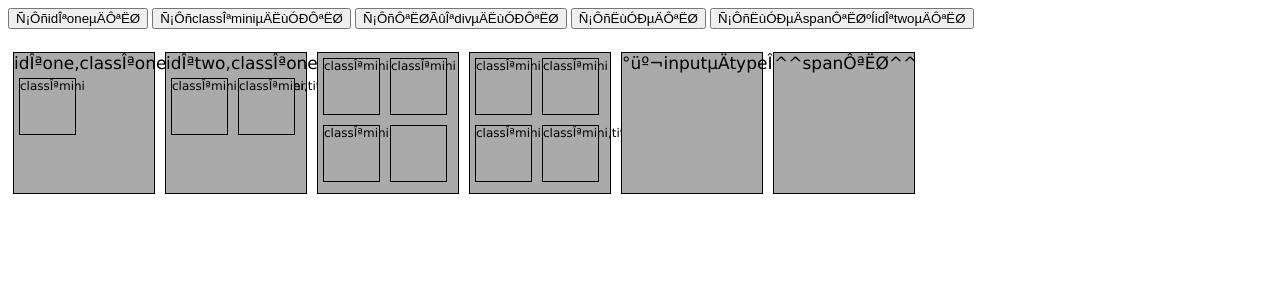
Repository: smilebingbing/java
Page: day_1/WebContent/jquery2.html
These files come from the project's save history. The page is drawn as it stood at one moment and after the next save; the edit follows.
The browser window is 1280 px wide. The pictures show the whole page.

Above is the page before, as saved 2016-10-15 07:10:02.

After the next save:
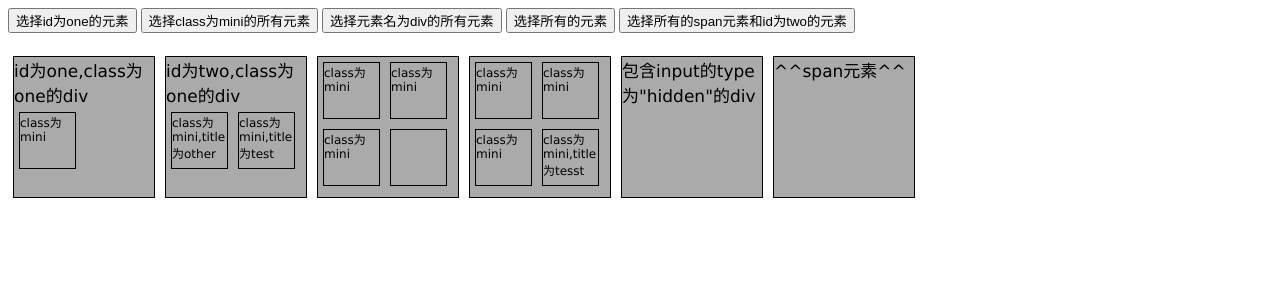
Saved 6 min 3 s later.
--- a/day_1/WebContent/jquery2.html
+++ b/day_1/WebContent/jquery2.html
@@ -29,8 +29,29 @@
 <script type="text/javascript">
 
 	$(function(){
+		//1.使用id选择器选择id=btn1的元素；
+		//2.为选择的jquery对象添加onclick响应函数
+		//$("#btn1").click(function(){响应函数的代码})
+
 		$("#btn1").click(function(){
-			alert("btn1...");
+			//alert("btn1...");
+			$("#one").css("background","#ffbbaa");
+		});
+		$("#btn2").click(function(){
+			//alert("btn1...");
+			$(".mini").css("background","#ffbbaa");
+		});
+		$("#btn3").click(function(){
+			//alert("btn1...");
+			$("div").css("background","#ffbbaa");
+		});
+		$("#btn4").click(function(){
+			//alert("btn1...");
+			$("*").css("background","#ffbbaa");
+		});
+		$("#btn5").click(function(){
+			//alert("btn1...");
+			$("span,#two").css("background","#ffbbaa");
 		});
 	})
 </script>
